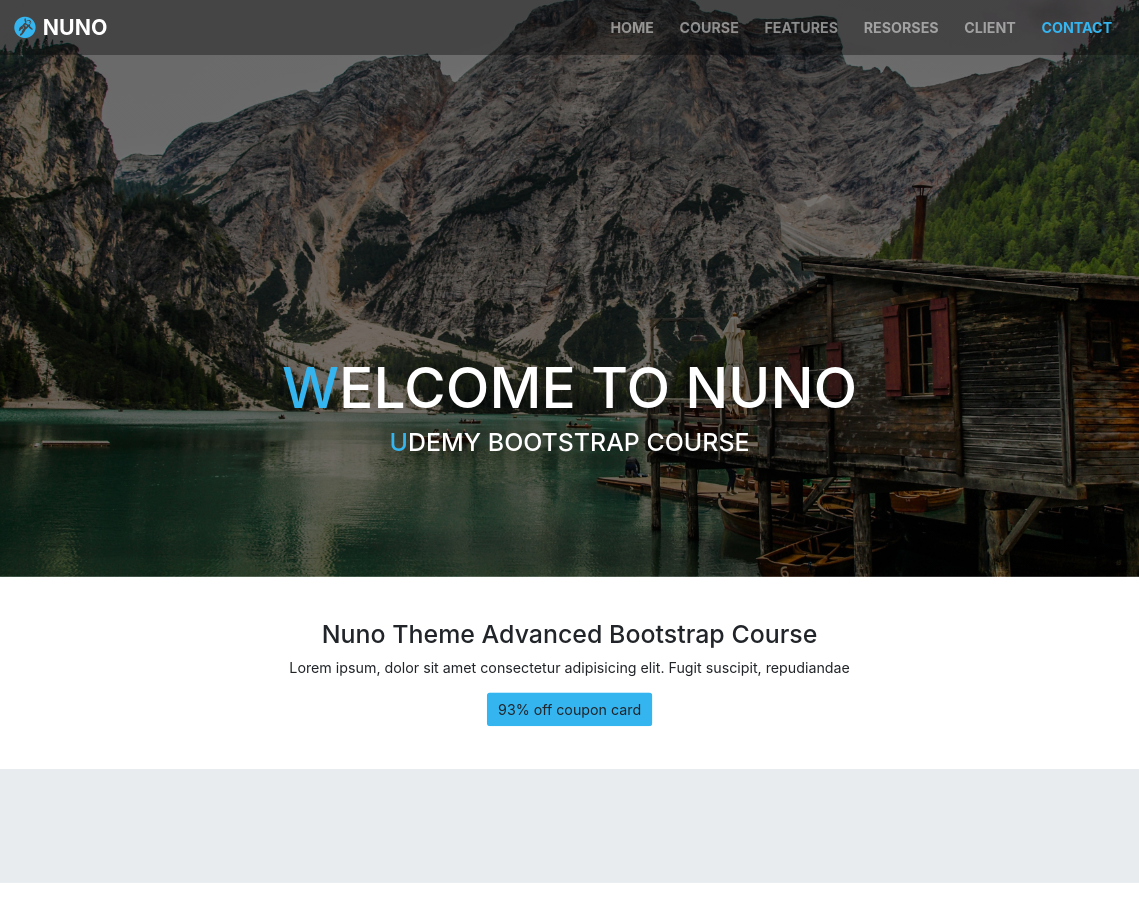
Repository: Mietlicha/bootstrap_template_exercise
Page: index.html
An editor plug-in stored every save of this project. The page is shown before and after the next save, followed by the edit.
The browser window is 1280 px wide. The pictures show the whole page, at 89% of full size.

Above is the page before, as saved 2019-11-19 19:57:04.

### index.html
<!DOCTYPE html>
<html lang="en">

<head>
    <meta charset="UTF-8">
    <meta name="viewport" content="width=device-width, initial-scale=1.0">
    <meta http-equiv="X-UA-Compatible" content="ie=edge">
    <title>Bootstrap template</title>
    <link rel="stylesheet" href="https://stackpath.bootstrapcdn.com/bootstrap/4.3.1/css/bootstrap.min.css"
        integrity="sha384-ggOyR0iXCbMQv3Xipma34MD+dH/1fQ784/j6cY/iJTQUOhcWr7x9JvoRxT2MZw1T" crossorigin="anonymous">
    <link rel="stylesheet" href="style.css">
    <link rel="stylesheet" href="https://cdnjs.cloudflare.com/ajax/libs/font-awesome/4.7.0/css/font-awesome.min.css">
</head>

<body data-spy="scroll" data-target="#main-nav">
    <!--------------------nav/home-------------------------------------------------------------------->
    <nav id="main-nav" class="navbar navbar-expand-md navbar-dark bg-dark font-weight-bold fixed-top">
        <a class="navbar-brand" href="#"><i class="fa fa-grav mr-2" aria-hidden="true"></i>Nuno</a>
        <button class="navbar-toggler" type="button" data-toggle="collapse" data-target="#navbarSupportedContent"
            aria-controls="navbarSupportedContent" aria-expanded="false" aria-label="Toggle navigation">
            <span class="navbar-toggler-icon"></span>
        </button>

        <div class="collapse navbar-collapse" id="navbarSupportedContent">
            <ul class="navbar-nav ml-auto">
                <li class="nav-item">
                    <a class="nav-link" href="#home">Home</a>
                </li>
                <li class="nav-item">
                    <a class="nav-link" href="#course">Course</a>
                </li>
                <li class="nav-item">
                    <a class="nav-link" href="#feature">Features</a>
                </li>
                <li class="nav-item">
                    <a class="nav-link" href="#resourses">Resorses</a>
                </li>
                <li class="nav-item">
                    <a class="nav-link" href="#client">Client</a>
                </li>
                <li class="nav-item">
                    <a class="nav-link" href="#contact">Contact</a>
                </li>
        </div>
    </nav>
<!--------------------main----------------------------------------------------------------->
<main>
    <!--------------------home-------------------->
    <section id="home">
        <div class="home--landing-page">
        </div>
        <div class="home--caption">
            <h1>Welcome to Nuno</h1>
            <h3>Udemy bootstrap course</h3>
        </div>
    </section>

    <!--------------------corse-------------------->
    <section id="course" class="container text-center mt-5 mb-5">
        <header><h3>Nuno Theme Advanced Bootstrap Course</h3></header>
        <p>Lorem ipsum, dolor sit amet consectetur adipisicing elit. Fugit suscipit, repudiandae
        </p>
        <a href="#" class="btn btn-md" target="_blnk">93% off coupon card</a>
    </section>
    <!--------------------feature-------------------->
    <section id="feature">
            <div class="jumbotron jumbotron-fluid">
                    <div class="container">

                    </div>
                  </div>
    </section>
    <!--------------------Resourses-------------------->
    <section id="resourses">

    </section>
    <!--------------------Client-------------------->
    <section id="client">

    </section>
    <!--------------------Contact-------------------->
    <section id="contact">

    </section>
</main>

    <script src="https://code.jquery.com/jquery-3.3.1.slim.min.js"
        integrity="sha384-q8i/X+965DzO0rT7abK41JStQIAqVgRVzpbzo5smXKp4YfRvH+8abtTE1Pi6jizo"
        crossorigin="anonymous"></script>
    <script src="https://cdnjs.cloudflare.com/ajax/libs/popper.js/1.14.7/umd/popper.min.js"
        integrity="sha384-UO2eT0CpHqdSJQ6hJty5KVphtPhzWj9WO1clHTMGa3JDZwrnQq4sF86dIHNDz0W1"
        crossorigin="anonymous"></script>
    <script src="https://stackpath.bootstrapcdn.com/bootstrap/4.3.1/js/bootstrap.min.js"
        integrity="sha384-JjSmVgyd0p3pXB1rRibZUAYoIIy6OrQ6VrjIEaFf/nJGzIxFDsf4x0xIM+B07jRM"
        crossorigin="anonymous"></script>
</body>

</html>

### style.css
:root{
--main-colour: rgb(53, 181, 240);
font-size: 12px;
}

body{
    position: relative;
}

/************************NAV******************************************/
.bg-dark {
    background-color: #0a0a0a60!important;
}

.navbar-dark .navbar-nav .nav-link:hover{
    color: rgb(255, 255, 255);
}

.nav-link{
    padding: 0 7rem;
}

#main-nav {
text-transform: uppercase;
}

#main-nav .navbar-brand{
    font-size: 1.5rem;
}

#main-nav .navbar-brand i{
    color: var(--main-colour);
}

.navbar-dark .navbar-nav .nav-link.active{
    color: var(--main-colour);
    font-weight: bold;
}

.navbar-dark .navbar-nav .nav-link{
    padding-top: .9rem;
}

/*Nav*/
@media (min-width: 768px){
    :root{
        font-size: 16px;
    }
.navbar-expand-md .navbar-nav .nav-link {
    padding-right: .9rem;
    padding-left: .9rem;
    padding-top: 0;
}
}

/************************Home******************************************/
.home--landing-page{
    background: linear-gradient(rgba(0, 0, 0, 0.534), rgba(0, 0, 0, 0.534)), url(img/tlo.jpg) center/cover no-repeat;
    width: 100vw;
    height: 90vh;
}

.home--caption{
    width: 100%;
    position: absolute;
    top: 40%;
    z-index: 3;
    text-align: center;
    color: #fff;
    text-transform: uppercase;
}

.home--caption h1{
    font-size: 4rem;
}

.home--caption h1::first-letter, .home--caption h3::first-letter{
    color: var(--main-colour);
}

/************************Course******************************************/
#course .btn{
    background-color: var(--main-colour);
}

After the next save:
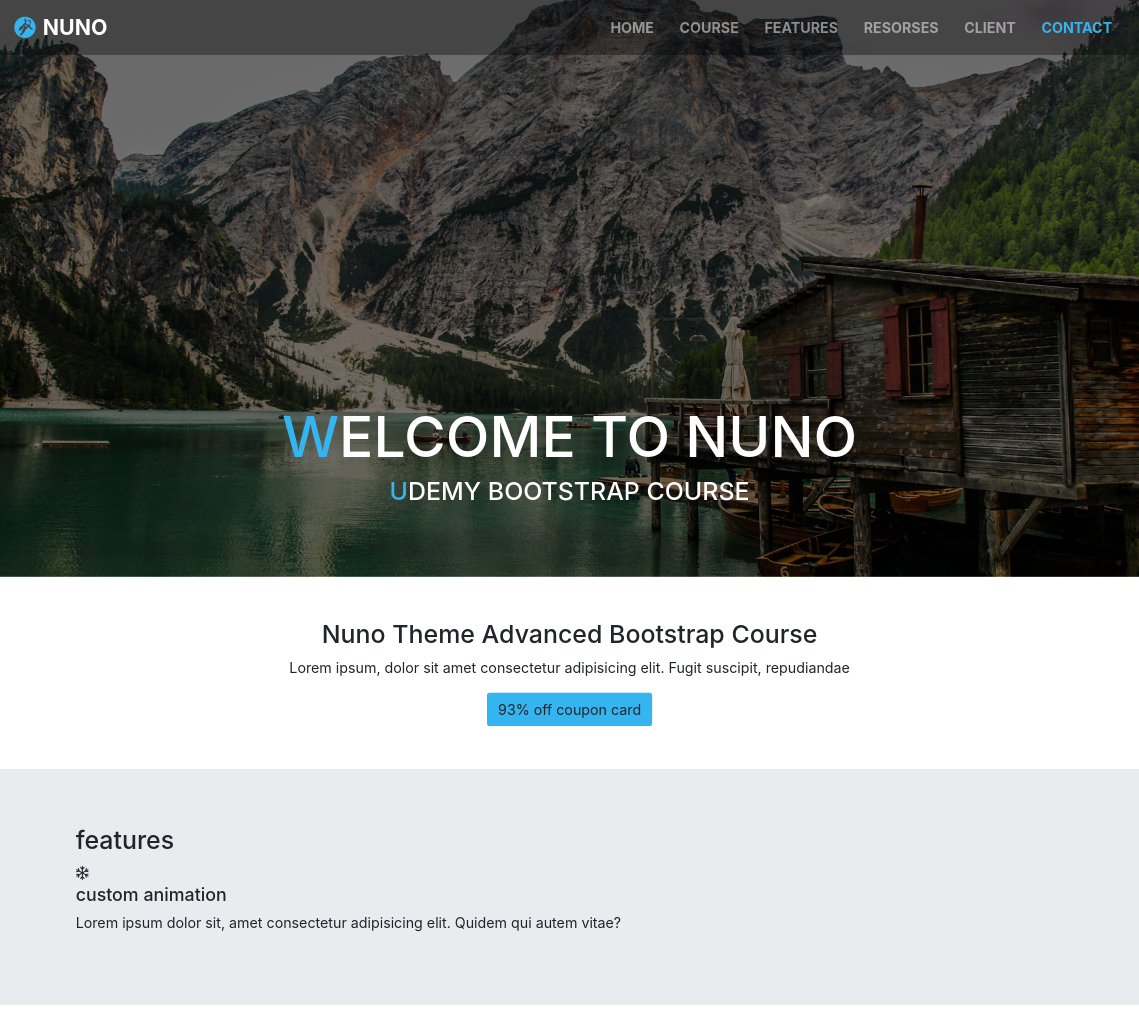
Saved 4 min 55 s later.
--- a/index.html
+++ b/index.html
@@ -66,7 +66,14 @@
     <section id="feature">
             <div class="jumbotron jumbotron-fluid">
                     <div class="container">
-
+                     <header><h3>features</h3></header>
+                     <div class="feature-item">
+                        <i class="fa fa-snowflake-o" aria-hidden="true"></i>
+                         <h5>custom animation</h5>
+                         <p>Lorem ipsum dolor sit, amet consectetur adipisicing elit. Quidem qui autem vitae?</p>
+                    </div>
+                     <div class="feature-item"></div>
+                     <div class="feature-item"></div>
                     </div>
                   </div>
     </section>
